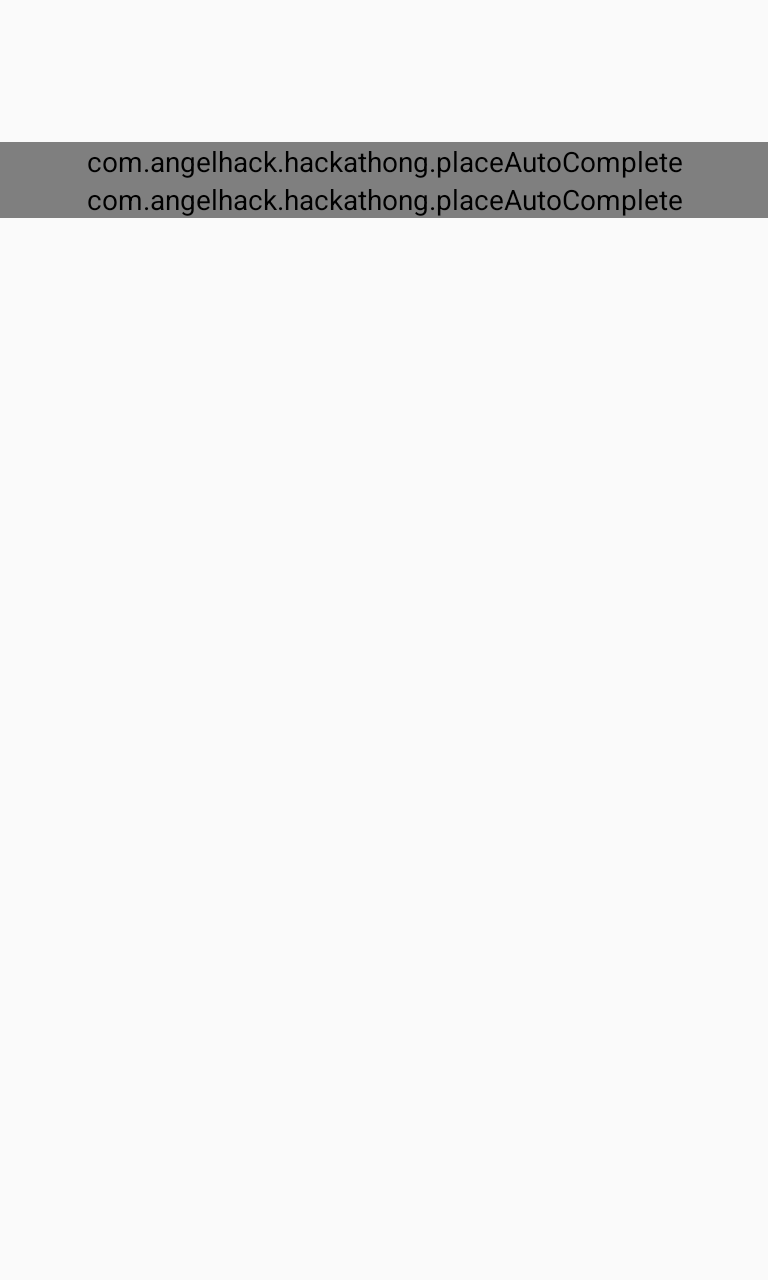
Repository: rutuj/angelhack-mumbai
Layout: Hackathong/res/layout/activity_main.xml
An editor plug-in stored every save of this project. The layout is shown before and after the next save, followed by the edit.
Pictures or frames that could not be fetched are drawn as grey boxes. It is drawn on a 768 x 1280 px phone screen (xhdpi) without system bars, with theme AppTheme; the app's code is not run.

Above is the layout before, as saved 2014-05-31 17:20:58.

After the next save:
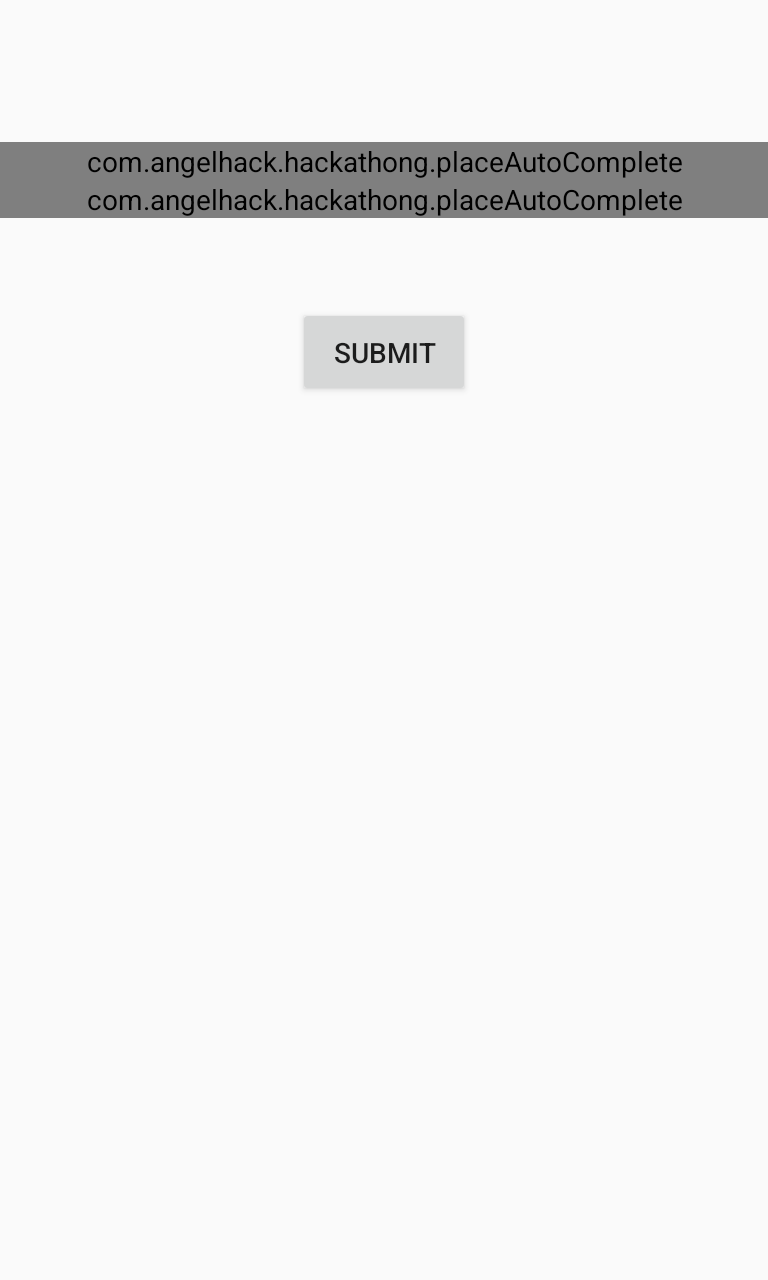
Saved 4 min 58 s later.
--- a/Hackathong/res/layout/activity_main.xml
+++ b/Hackathong/res/layout/activity_main.xml
@@ -26,4 +26,13 @@
         android:ems="10"
         android:hint="@string/origin" />
 
+    <Button
+        android:id="@+id/button1"
+        android:layout_width="wrap_content"
+        android:layout_height="wrap_content"
+        android:layout_below="@+id/atv_destination"
+        android:layout_centerHorizontal="true"
+        android:layout_marginTop="43dp"
+        android:text="Submit" />
+
 </RelativeLayout>
